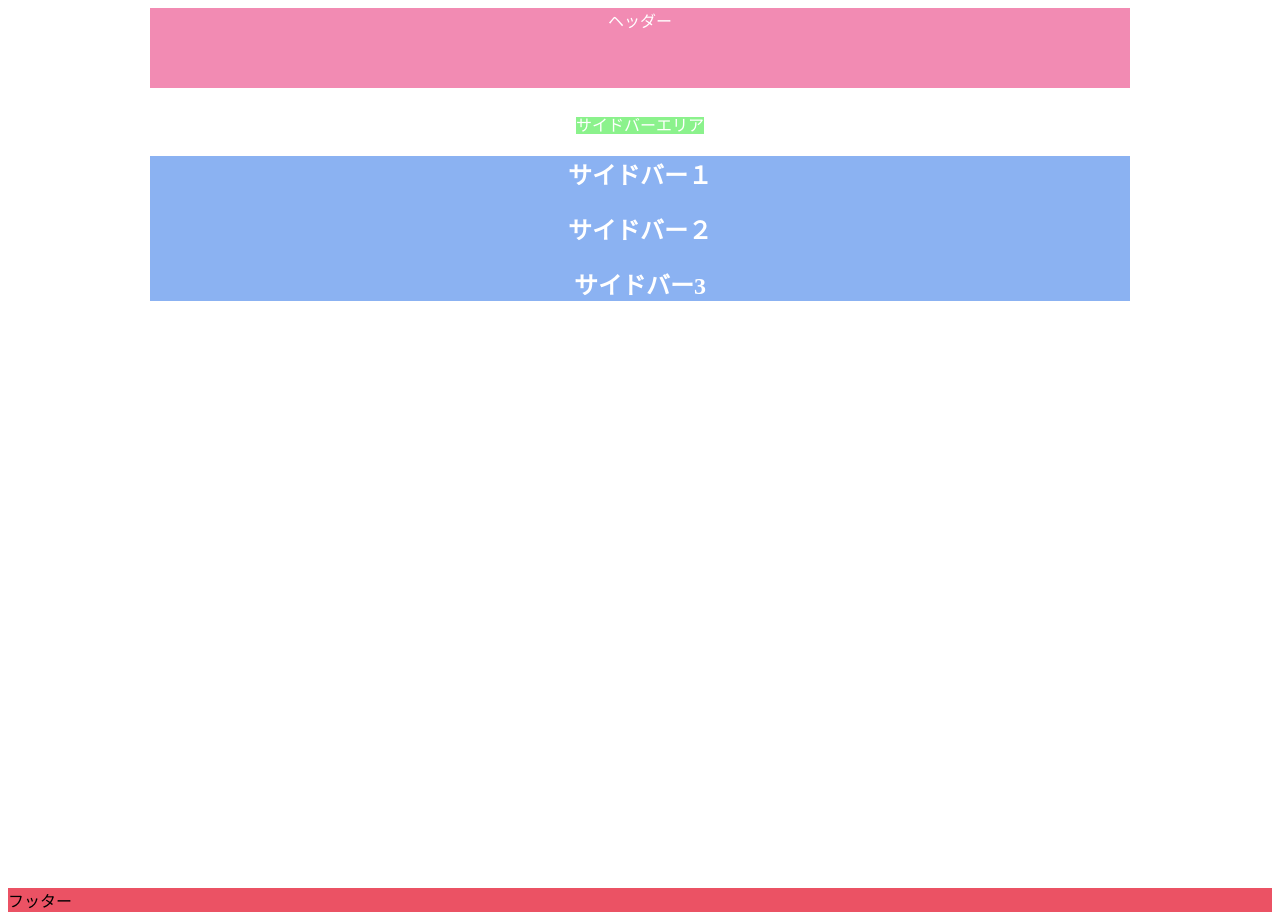
Repository: fukkatsuno-neda/samurai_HTML-CSS
Page: csspractice/practice.html
The author's editor kept a record of every edit. The page is drawn from the files as they stood at one moment, then again after the next edit.
The browser window is 1280 px wide. The pictures show the whole page.

Above is the page before.

After the next edit:
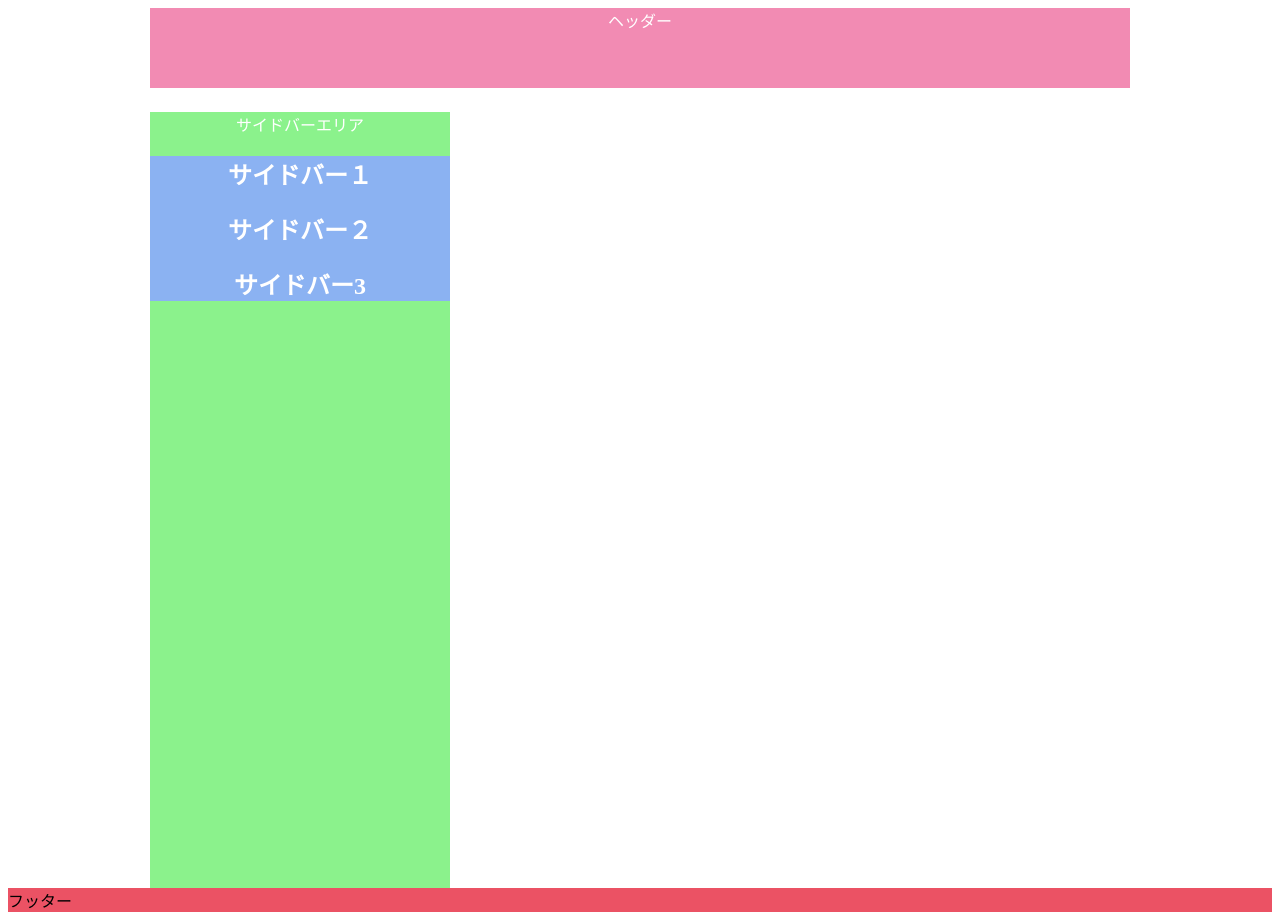
The edit:
--- a/csspractice/practice.html
+++ b/csspractice/practice.html
@@ -15,7 +15,7 @@
       メイン
     </article>
 
-  <side class="sidebar">
+    <aside class="sidebar">
     サイドバーエリア
     <div class="side-wrap">
        <div>

After the 2 edits that followed:
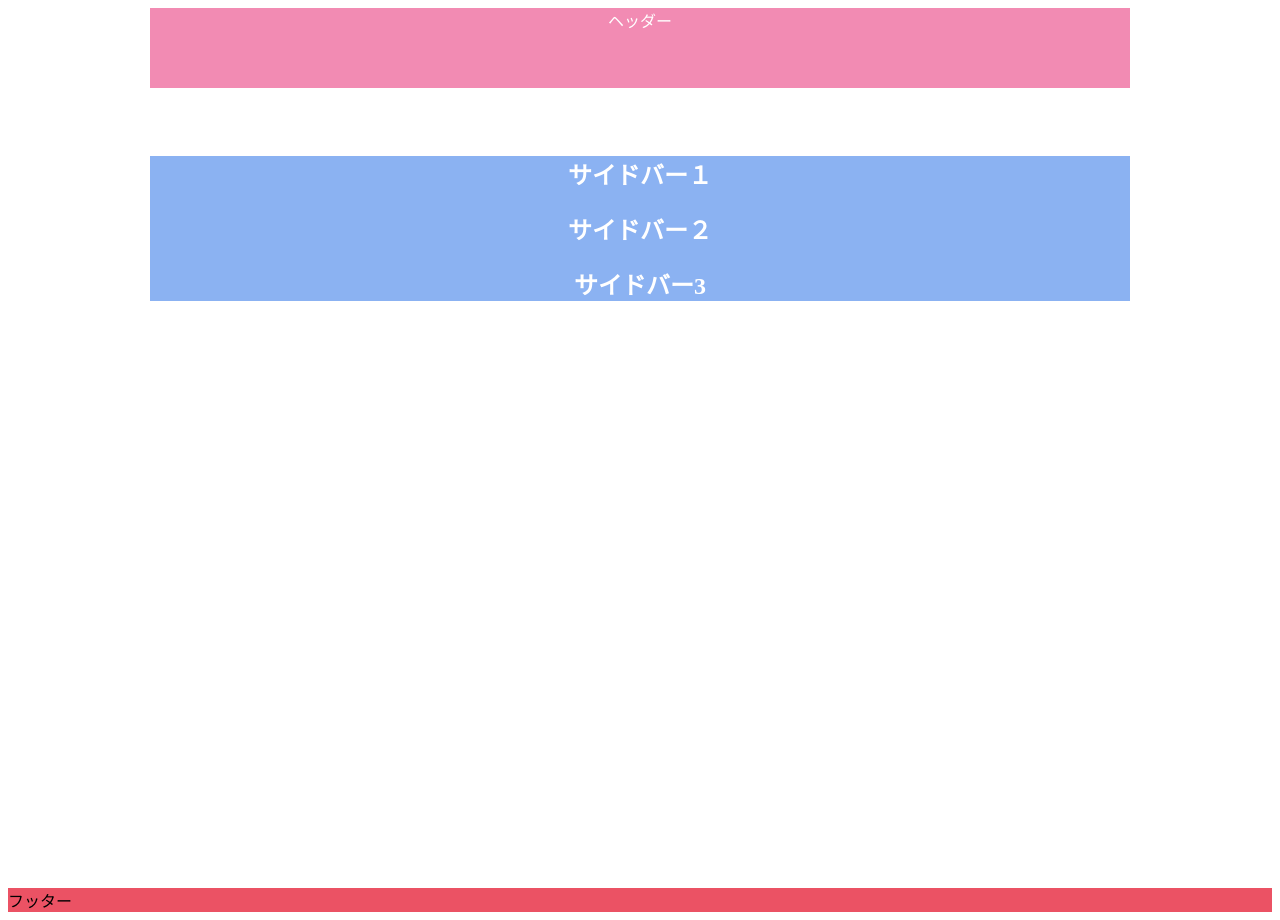
The 2 edits are shown as one change because 1 left the picture as it was.
The edit:
--- a/csspractice/practice.html
+++ b/csspractice/practice.html
@@ -15,20 +15,20 @@
       メイン
     </article>
 
-    <aside class="sidebar">
+    <aside class="sidebar-container">
     サイドバーエリア
-    <div class="side-wrap">
-       <div>
-         <h2>サイドバー１</h2>
+       <div class="side-wrap">
+          <div>
+            <h2>サイドバー１</h2>
+          </div>
+          <div>
+            <h2>サイドバー２</h2>
+          </div>
+          <div>
+            <h2>サイドバー3</h2>
+          </div>
        </div>
-       <div>
-         <h2>サイドバー２</h2>
-       </div>
-       <div>
-         <h2>サイドバー3</h2>
-       </div>
-    </div>
-    </side>
+    </aside>
   </main>
   <footer class="footer">
     フッター
